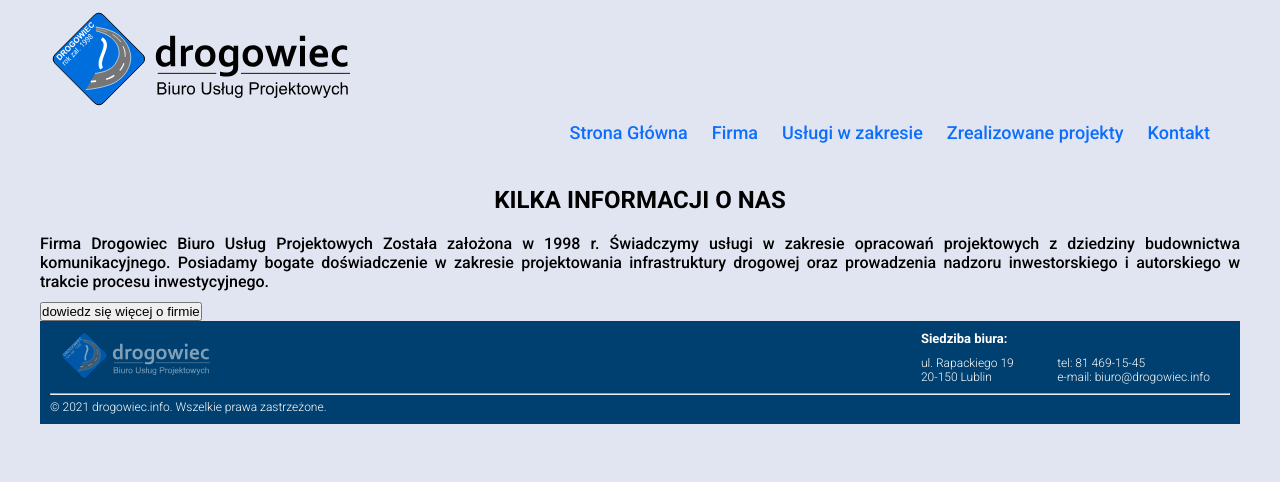
Repository: AdamBodzak/WTF_v2
Page: index.html
An editor plug-in stored every save of this project. The page is shown before and after the next save, followed by the edit.
The browser window is 1280 px wide. The pictures show the whole page.

Above is the page before, as saved 2021-01-08 19:53:49.

After the next save:
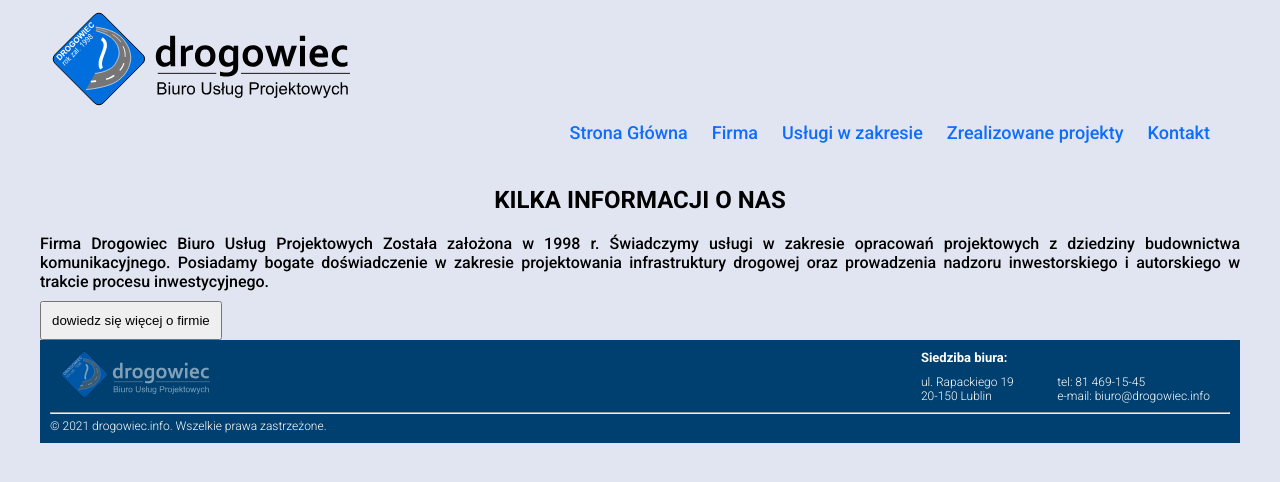
Saved 38 s later.
--- a/index.html
+++ b/index.html
@@ -31,7 +31,7 @@
                 komunikacyjnego. Posiadamy bogate doświadczenie w zakresie projektowania infrastruktury
                 drogowej oraz prowadzenia nadzoru inwestorskiego i autorskiego w trakcie procesu inwestycyjnego.
             </p>
-            <button id="button">
+            <button id="buttonS">
                 dowiedz się więcej o firmie
             </button>
         </section>
--- a/style.css
+++ b/style.css
@@ -52,9 +52,10 @@
     padding-bottom: 10px;
 }
 
-#button {
+#buttonS {
     margin-left: auto;
     margin-right: auto;
+    padding: 10px;
 }
 
 #logoFooter {
